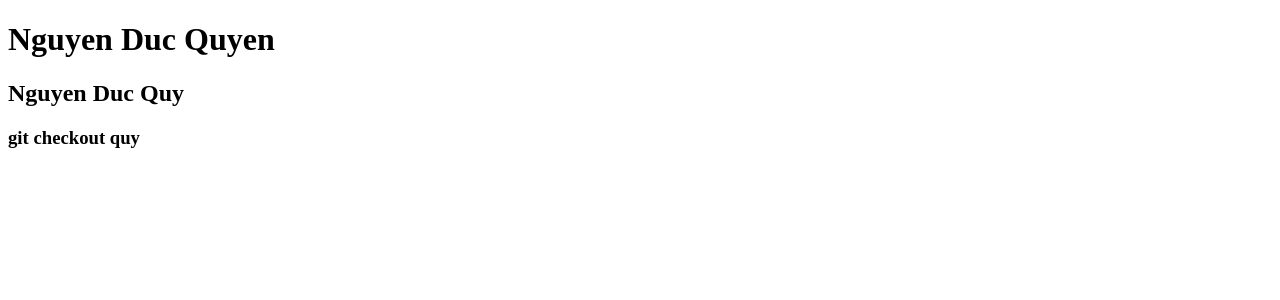
Repository: NguyenDucQuyen0507/Git_Test
Page: index.html
These files come from the project's save history. The page is drawn as it stood at one moment and after the next save; the edit follows.
The browser window is 1280 px wide. The pictures show the whole page.

Above is the page before, as saved 2022-11-27 10:24:34.

### index.html
<!DOCTYPE html>
<html lang="en">
  <head>
    <meta charset="UTF-8" />
    <meta http-equiv="X-UA-Compatible" content="IE=edge" />
    <meta name="viewport" content="width=device-width, initial-scale=1.0" />
    <title>Document</title>
  </head>
  <body>
    <h1>Nguyen Duc Quyen</h1>
    <h2>Nguyen Duc Quy</h2>
    <h3>git checkout quy</h3>
  </body>
</html>

After the next save:
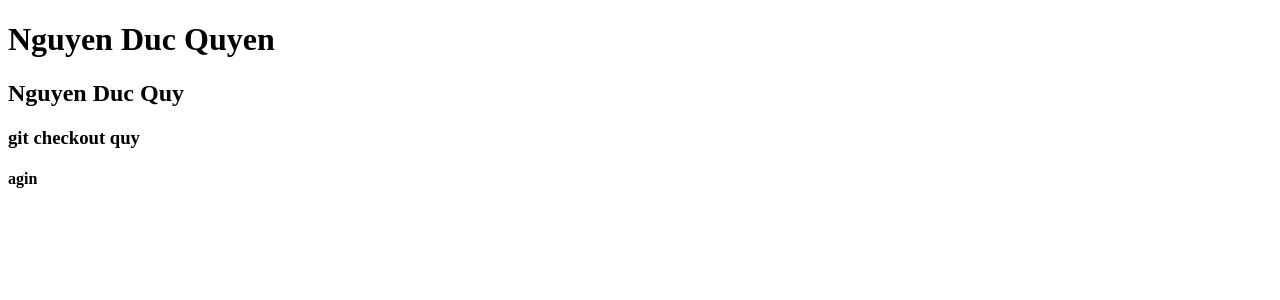
Saved 5 min 31 s later.
--- a/index.html
+++ b/index.html
@@ -10,5 +10,6 @@
     <h1>Nguyen Duc Quyen</h1>
     <h2>Nguyen Duc Quy</h2>
     <h3>git checkout quy</h3>
+    <h4>agin</h4>
   </body>
 </html>
